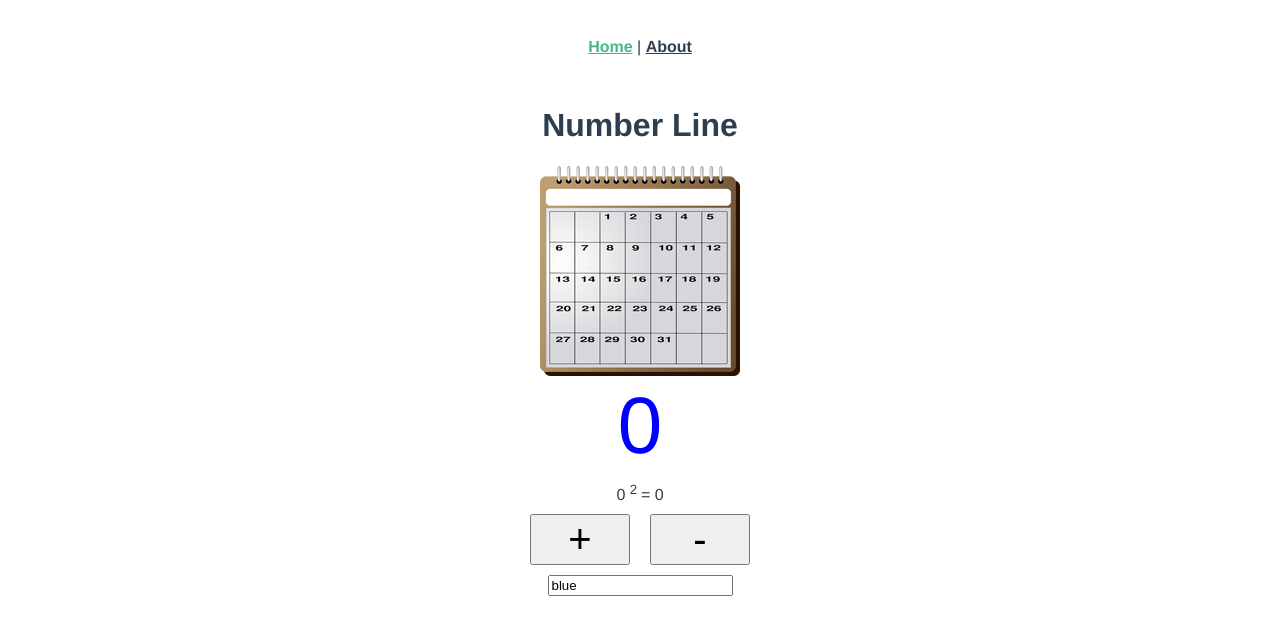
Repository: collegedude9300/numberline
Page: /
These files come from the project's save history. The page is drawn as it stood at one moment and after the next save; the edit follows.
The browser window is 1280 px wide. The pictures show the whole page.
The project was rebuilt for these pictures with package versions that can differ from the ones it lists, and the page was loaded fresh each time. Also part of the build but not shown: vue.config.js.

Above is the page before, as saved 2023-07-03 12:37:23.

### src/store/index.js
import { createStore } from 'vuex'
import axios from 'axios'
export default createStore({
  state: {
    counter: 0,
    colorCode:'blue'
  },
  mutations: {
    increaseCounter(state, randomNumber){
      state.counter += randomNumber
    },
    decreaseCounter(state, randomNumber){
      state.counter -= randomNumber
    },
    setColorCode(state, newValue){
      state.colorCode = newValue
    }
  },
  actions: {
    increaseCounter({commit}){
      console.log('increaseCounter(action)')
      axios('https://www.random.org/integers/?num=1&min=1&max=6&col=1&base=10&format=plain&rnd=new').then(response =>{
      commit('increaseCounter',response.data)
      })
    },
    decreaseCounter({commit}){
      console.log('decreaseCounter(action)')
      axios('https://www.random.org/integers/?num=1&min=1&max=6&col=1&base=10&format=plain&rnd=new').then(response =>{
      commit('decreaseCounter',response.data)
      })
    },
    setColorCode({commit}, newValue){
 commit('setColorCode',newValue)
    }
  },
  getters: {
    counterSquared(state){
      return state.counter * state.counter
  }},
  modules: {
  }
})

### src/views/HomeView.vue
<template>
  <div class="home">
    <h1>Number Line</h1>
    <img alt="Vue logo" src="../assets/schedule.png">
    <div
    :style="{color: $store.state.colorCode}"
    class="counter">
      {{ $store.state.counter }}
    </div>
    <div class="counter-squared">
      {{ $store.state.counter }}
        <sup>2 </sup> =
      {{ $store.getters.counterSquared }}
    </div>
     <div class="buttons">
      <button @click ="$store.dispatch('increaseCounter')">+</button>
      <button @click="$store.dispatch('decreaseCounter')">-</button>
      </div>
      <div>
          <input
              v-model="colorCode"
              placeholder="Enter color code"
              type ="text"
          >
        </div>
    </div>
</template>

<script>
export default {
  name: 'Home',
  computed:
  {
    colorCode:
    {
      get()
      {
        return this.$store.state.colorCode;
      },
      set(newValue)
      {
        this.$store.dispatch('setColorCode', newValue);
      }
    }
  }
}
</script>
<style>
div{
  margin-bottom: 10px;
}
.counter{
  font-size: 80px;
  text-align: center;
}
.buttons button{
font-size: 40px;
width: 100px;
margin: 0 10px;

}
</style>

Loaded but not shown: public/index.html (common file); src/main.js (common file); src/App.vue (common file); src/router/index.js (common file)

After the next save:
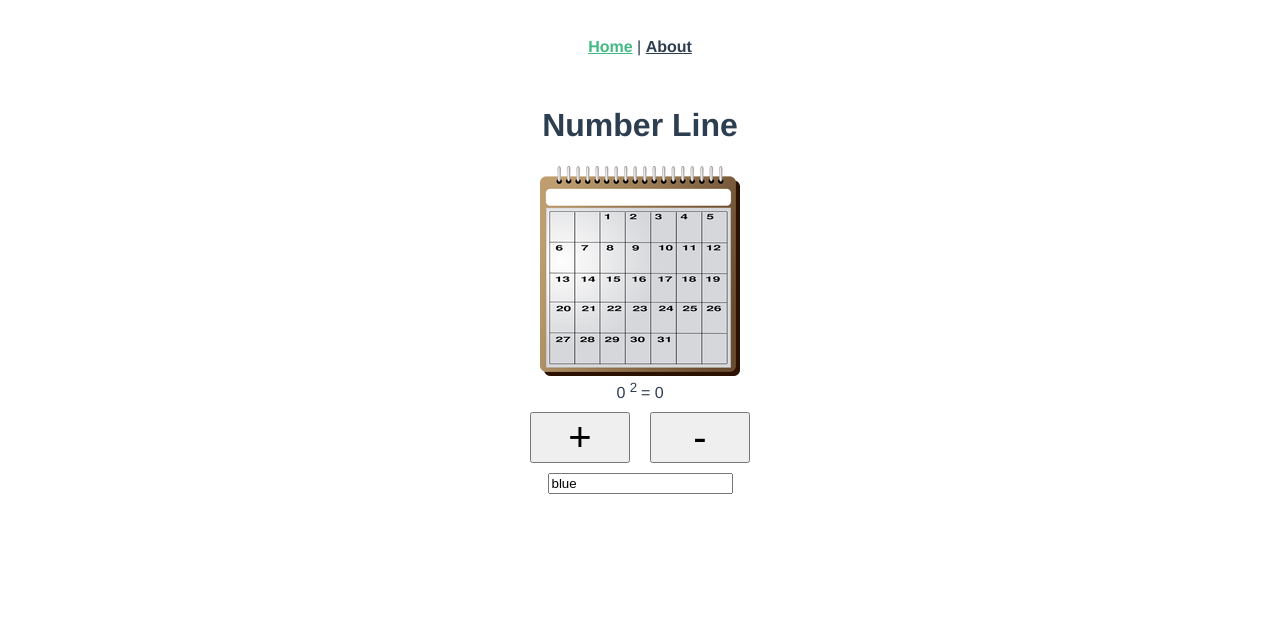
Saved 4 min 9 s later.
--- a/src/views/HomeView.vue
+++ b/src/views/HomeView.vue
@@ -2,11 +2,7 @@
   <div class="home">
     <h1>Number Line</h1>
     <img alt="Vue logo" src="../assets/schedule.png">
-    <div
-    :style="{color: $store.state.colorCode}"
-    class="counter">
-      {{ $store.state.counter }}
-    </div>
+
     <div class="counter-squared">
       {{ $store.state.counter }}
         <sup>2 </sup> =
